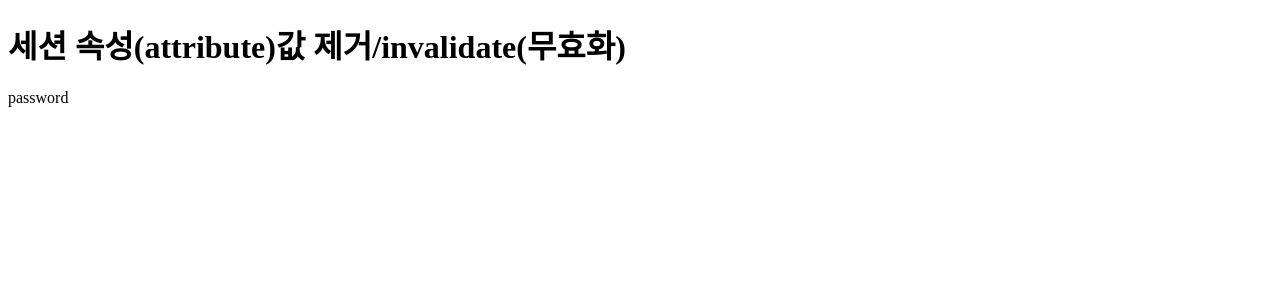
Repository: dnwpdud/WEB_CODES
Page: http://localhost/Web06_JSP_Servlet/ch17/sessionlnvalidate.jsp
These files come from the project's save history. The page is drawn as it stood at one moment and after the next save; the edit follows.
The browser window is 1280 px wide. The pictures show the whole page.
The page is served by Tomcat 9. Other server files are loaded and not shown.

Above is the page before, as saved 2024-04-02 02:42:31.

### Web06_JSP_Servlet/src/main/webapp/ch17/sessionlnvalidate.jsp
<%@page import="java.util.Enumeration"%>
<%@ page language="java" contentType="text/html; charset=UTF-8"
    pageEncoding="UTF-8"%>
<!DOCTYPE html>
<html>
<head>
<meta charset="UTF-8">
<title>Invalidate</title>
</head>
<body>
	<h1>세션 속성(attribute)값 제거/invalidate(무효화)</h1>
	<%
		// 세션 attribute에 데이터 저장
		session.setAttribute("password", 123);

		// 세션 attribute 출력
		Enumeration<String> attrNames = session.getAttributeNames();
		while(attrNames.hasMoreElements()){
			String name = attrNames.nextElement();
			out.println(name + "<br>");
		}

	%>

</body>
</html>

After the next save:
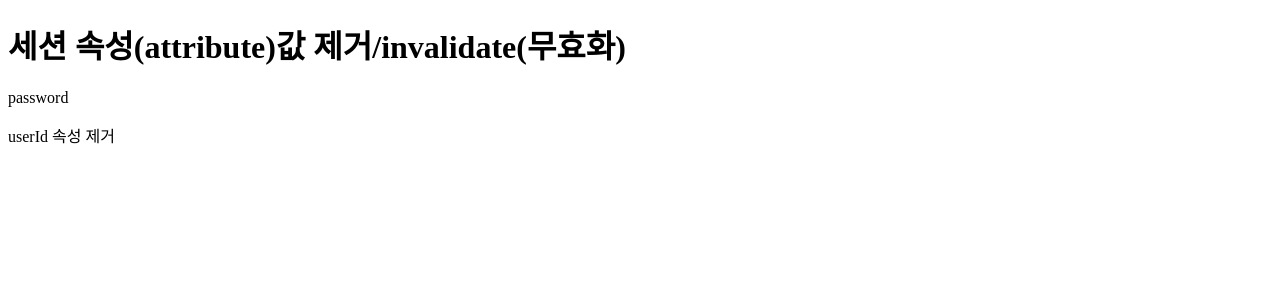
Saved 5 min 34 s later.
--- a/Web06_JSP_Servlet/src/main/webapp/ch17/sessionlnvalidate.jsp
+++ b/Web06_JSP_Servlet/src/main/webapp/ch17/sessionlnvalidate.jsp
@@ -20,6 +20,8 @@
 			out.println(name + "<br>");
 		}
 
+		out.println("<p>userId 속성 제거</p>");
+		session.removeAttribute("userId");
 	%>
 
 </body>
